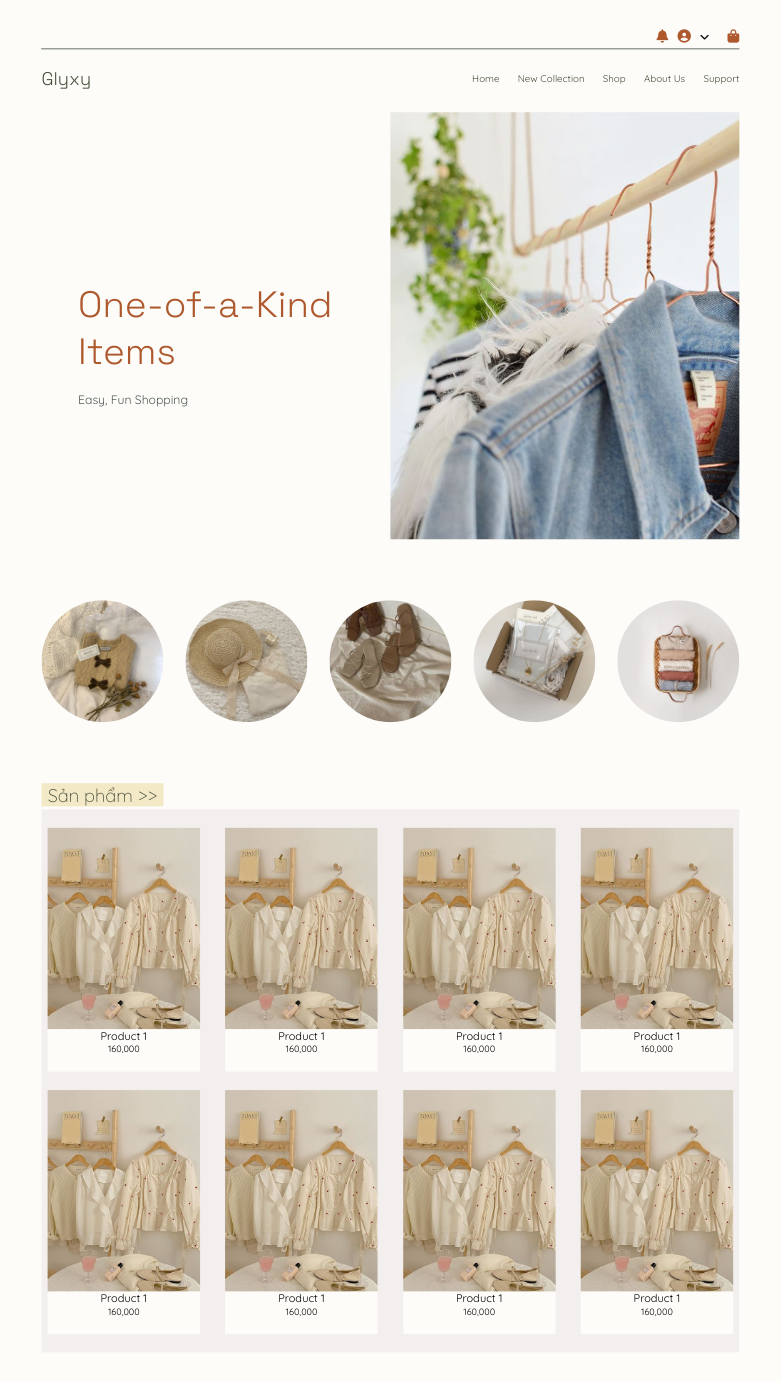
Repository: nganha241/store
Page: index.html
These files come from the project's save history. The page is drawn as it stood at one moment and after the next save; the edit follows.
The browser window is 1280 px wide. The pictures show the whole page, at 61% of full size.
Some web libraries are served in a nearby version.

Above is the page before, as saved 2022-04-16 19:40:40.

After the next save:
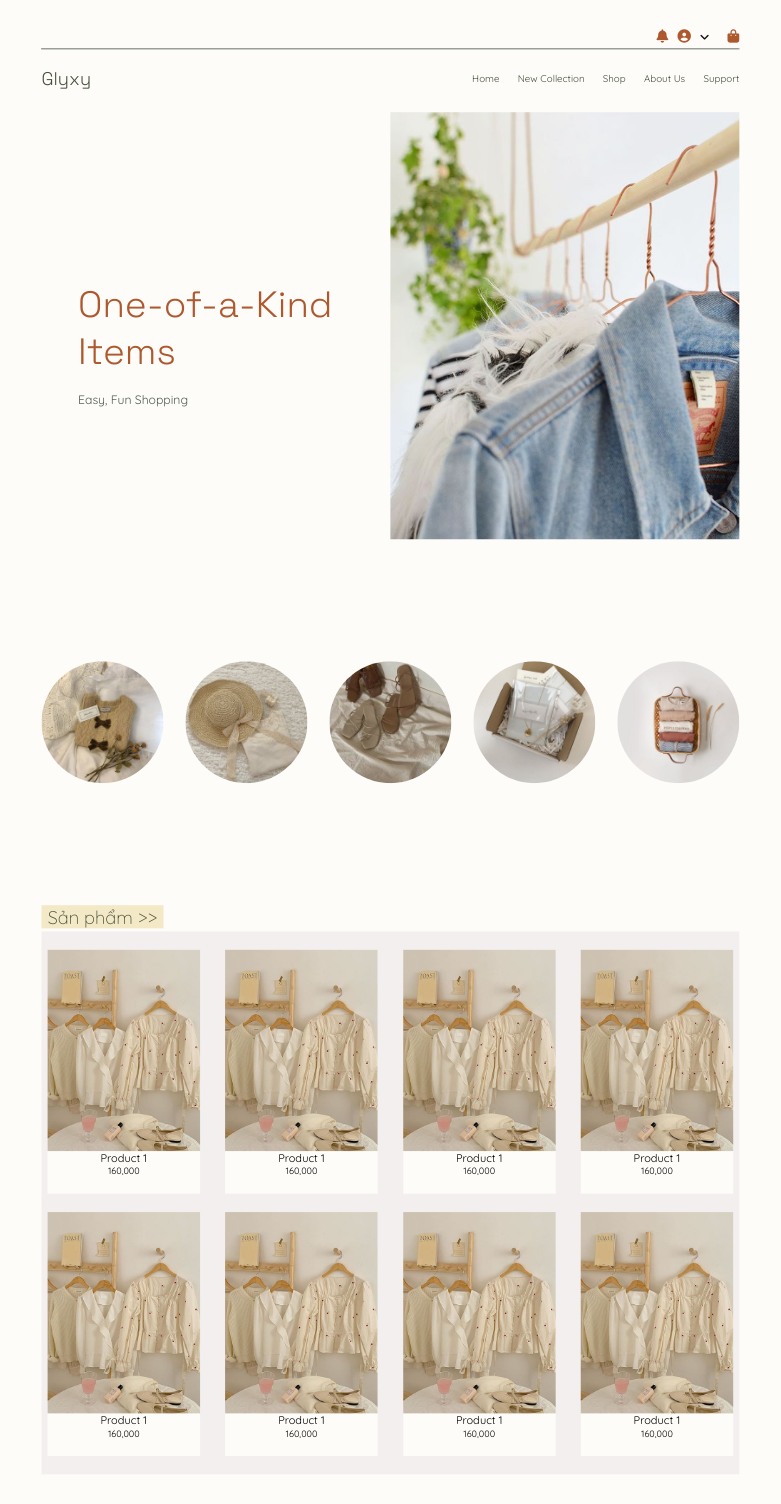
Saved 7 s later.
--- a/style.css
+++ b/style.css
@@ -147,7 +147,7 @@ li {
     display: flex;
     flex-wrap: wrap;
     justify-content: space-between;
-    margin: 100px 0;
+    margin: 200px 0;
     gap: 10px;
 }
 
